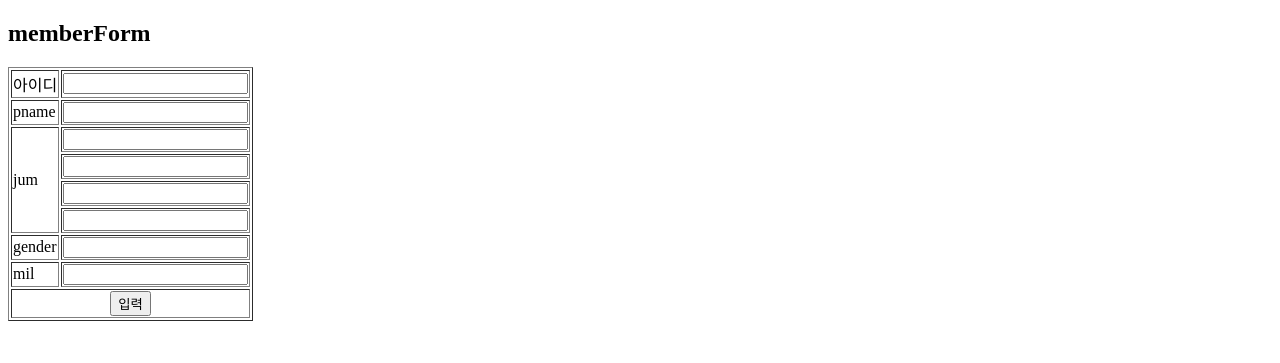
Repository: Yousehyeon/spring_work
Page: stsMvcProj/src/main/webapp/views/req/memberForm.html
These files come from the project's save history. The page is drawn as it stood at one moment and after the next save; the edit follows.
The browser window is 1280 px wide. The pictures show the whole page.

Above is the page before, as saved 2023-08-18 07:11:50.

### stsMvcProj/src/main/webapp/views/req/memberForm.html
<!DOCTYPE html>
<html>
<head>
<meta charset="UTF-8">
<title>회원가입이다.</title>
</head>
<body>
<h2>memberForm</h2>
<form action="memberReg" method="post">
	<table border="">
		<tr>
			<td>아이디</td>
			<td><input type="text" name="id" /></td>
		</tr>
		<tr>
			<td>pname</td>
			<td><input type="text" name="pname" /></td>
		</tr>
		<tr>
			<td rowspan="4">jum</td>
			<td><input type="text" name="jum" /></td>
		</tr>
		<tr>

			<td><input type="text" name="jum" /></td>
		</tr>
		<tr>

			<td><input type="text" name="jum" /></td>
		</tr>
		<tr>

			<td><input type="text" name="jum" /></td>
		</tr>
		<tr>
			<td>gender</td>
			<td><input type="text" name="gender" /></td>
		</tr>
		<tr>
			<td>mil</td>
			<td><input type="text" name="mil" /></td>
		</tr>

		<tr>
			<td colspan="2" align="center">
				<input type="submit" value="입력" />
			</td>
		</tr>
	</table>
</form>
</body>
</html>

After the next save:
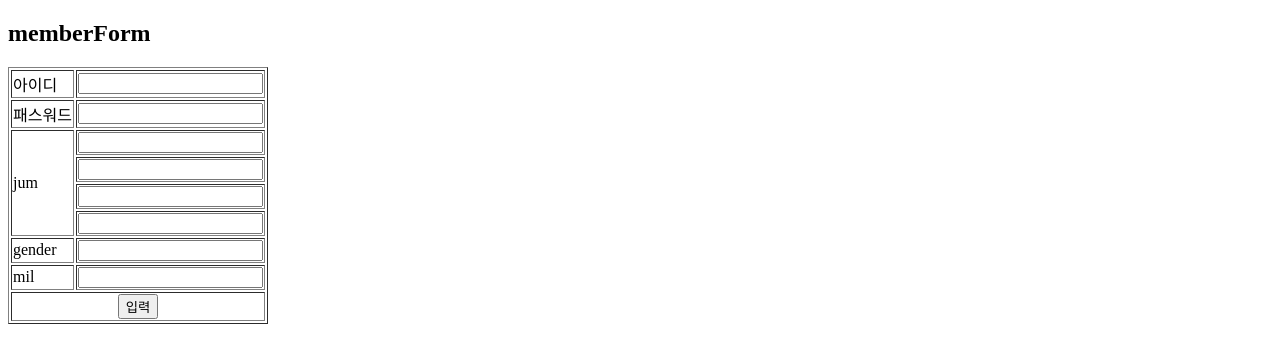
Saved 8 s later.
--- a/stsMvcProj/src/main/webapp/views/req/memberForm.html
+++ b/stsMvcProj/src/main/webapp/views/req/memberForm.html
@@ -13,8 +13,8 @@
 			<td><input type="text" name="id" /></td>
 		</tr>
 		<tr>
-			<td>pname</td>
-			<td><input type="text" name="pname" /></td>
+			<td>패스워드</td>
+			<td><input type="password" name="pname" /></td>
 		</tr>
 		<tr>
 			<td rowspan="4">jum</td>
